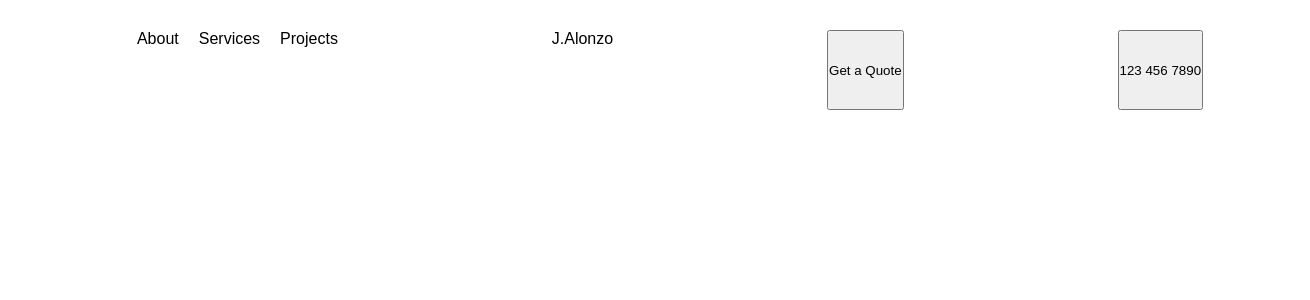
Repository: ttkkaa/HTML-CSS-16
Page: index.html
An editor plug-in stored every save of this project. The page is shown before and after the next save, followed by the edit.
The browser window is 1280 px wide. The page is 1310 px wide, so the pictures cover 1310 px, including what lies to the right of the window. The pictures show the whole page.

Above is the page before, as saved 2025-12-05 19:27:26.

### index.html
<!DOCTYPE html>
<html lang="en">
<head>
    <meta charset="UTF-8">
    <meta name="viewport" content="width=device-width, initial-scale=1.0">
    <title>Document</title>
    <link rel="stylesheet" href="./style.css">
</head>
<body>

    <nav>
        <ul>
            <li><a href="">About</a></li>
            <li><a href="">Services</a></li>
            <li><a href="">Projects</a></li>
        </ul>
        <p>J.Alonzo</p>
        <button>Get a Quote</button>
        <button>123 456 7890</button>
    </nav>
</body>
</html>

### style.css
* {
    margin: 0;
    padding: 0;
    box-sizing: border-box;
    font-family: Arial, Helvetica, sans-serif;
    font-weight: 100;
}

nav {
    width: 100%;
    height: 80px;
    display: flex;
    justify-content: space-around;
    margin: 30px;
}

nav ul {
    display: flex;
    list-style: none;
    gap: 20px;
}

nav ul li a {
    text-decoration: none;
    color: black;
}

After the next save:
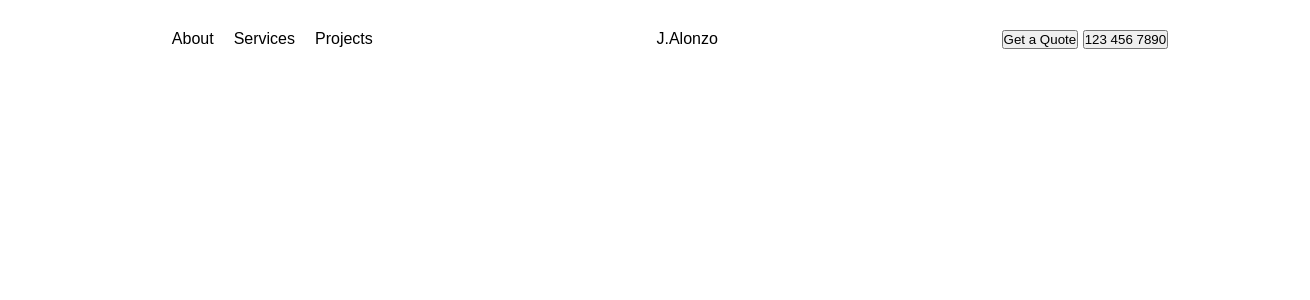
Saved 38 s later.
--- a/index.html
+++ b/index.html
@@ -14,9 +14,13 @@
             <li><a href="">Services</a></li>
             <li><a href="">Projects</a></li>
         </ul>
+
         <p>J.Alonzo</p>
+
+        <div class="btns">
         <button>Get a Quote</button>
         <button>123 456 7890</button>
+        </div>
     </nav>
 </body>
 </html>
